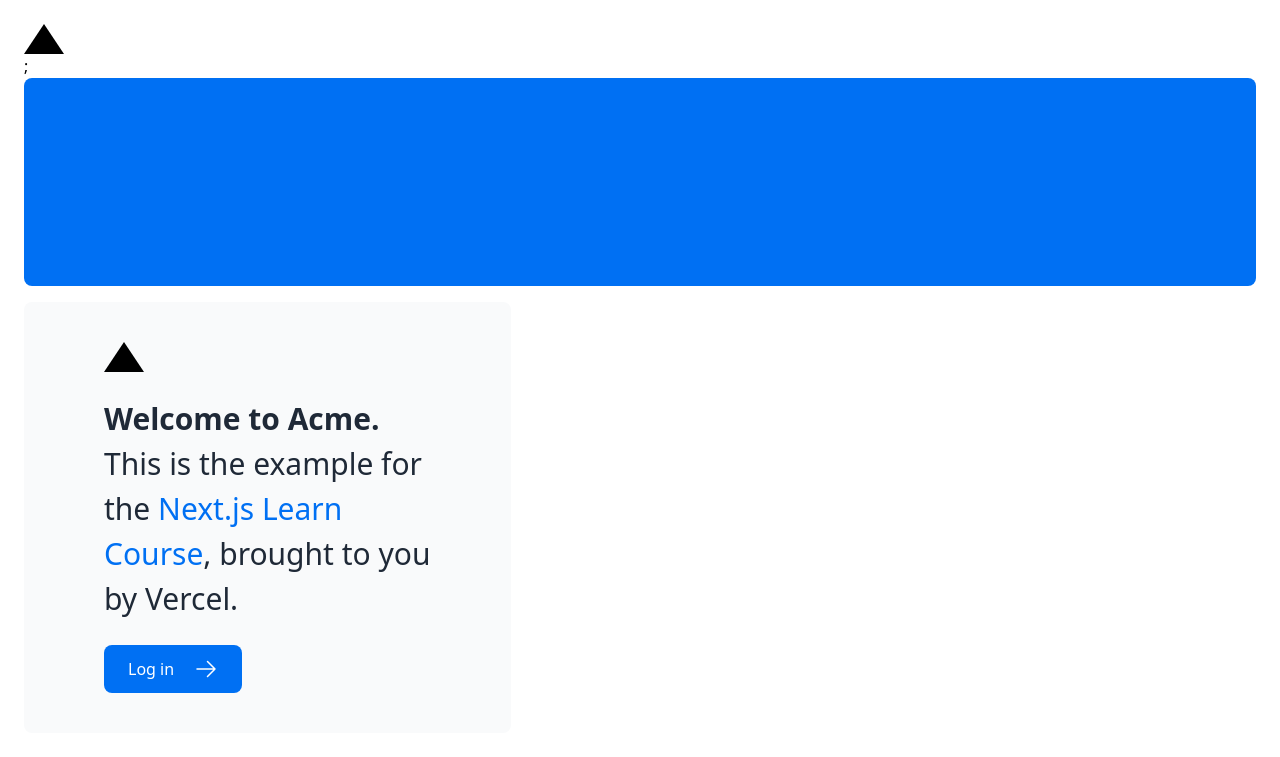
Repository: zhaoljgithub/nextjs-dashboard
Page: /
An editor plug-in stored every save of this project. The page is shown before and after the next save, followed by the edit.
The browser window is 1280 px wide. The pictures show the whole page.
The project was rebuilt for these pictures with package versions that can differ from the ones it lists, and the page was loaded fresh each time. The framework's server and built-in components were replaced by stand-ins that run in the browser. Also part of the build but not shown: next.config.js.

Above is the page before, as saved 2024-04-09 17:17:57.

### app/page.tsx
import AcmeLogo from '@/app/ui/acme-logo';
import { ArrowRightIcon } from '@heroicons/react/24/outline';
import Link from 'next/link';
import styles from '@/app/ui/home.module.css';

export default function Page() {
  return (
    <main className="flex min-h-screen flex-col p-6">
      <div className={styles.shape} />;

      <div className="flex h-20 shrink-0 items-end rounded-lg bg-blue-500 p-4 md:h-52">
        {/* <AcmeLogo /> */}
      </div>
      <div className="mt-4 flex grow flex-col gap-4 md:flex-row">
        <div className="flex flex-col justify-center gap-6 rounded-lg bg-gray-50 px-6 py-10 md:w-2/5 md:px-20">
          <div
              className="h-0 w-0 border-b-[30px] border-l-[20px] border-r-[20px] border-b-black border-l-transparent border-r-transparent"
          />
          <p className={`text-xl text-gray-800 md:text-3xl md:leading-normal`}>
            <strong>Welcome to Acme.</strong> This is the example for the{' '}
            <a href="https://nextjs.org/learn/" className="text-blue-500">
              Next.js Learn Course
            </a>
            , brought to you by Vercel.
          </p>
          <Link
            href="/login"
            className="flex items-center gap-5 self-start rounded-lg bg-blue-500 px-6 py-3 text-sm font-medium text-white transition-colors hover:bg-blue-400 md:text-base"
          >
            <span>Log in</span> <ArrowRightIcon className="w-5 md:w-6" />
          </Link>
        </div>
        <div className="flex items-center justify-center p-6 md:w-3/5 md:px-28 md:py-12">
          {/* Add Hero Images Here */}
        </div>
      </div>
    </main>
  );
}

Loaded but not shown: app/layout.tsx (common file); app/ui/global.css (common file); app/ui/home.module.css (common file); tailwind.config.ts (common file)

After the next save:
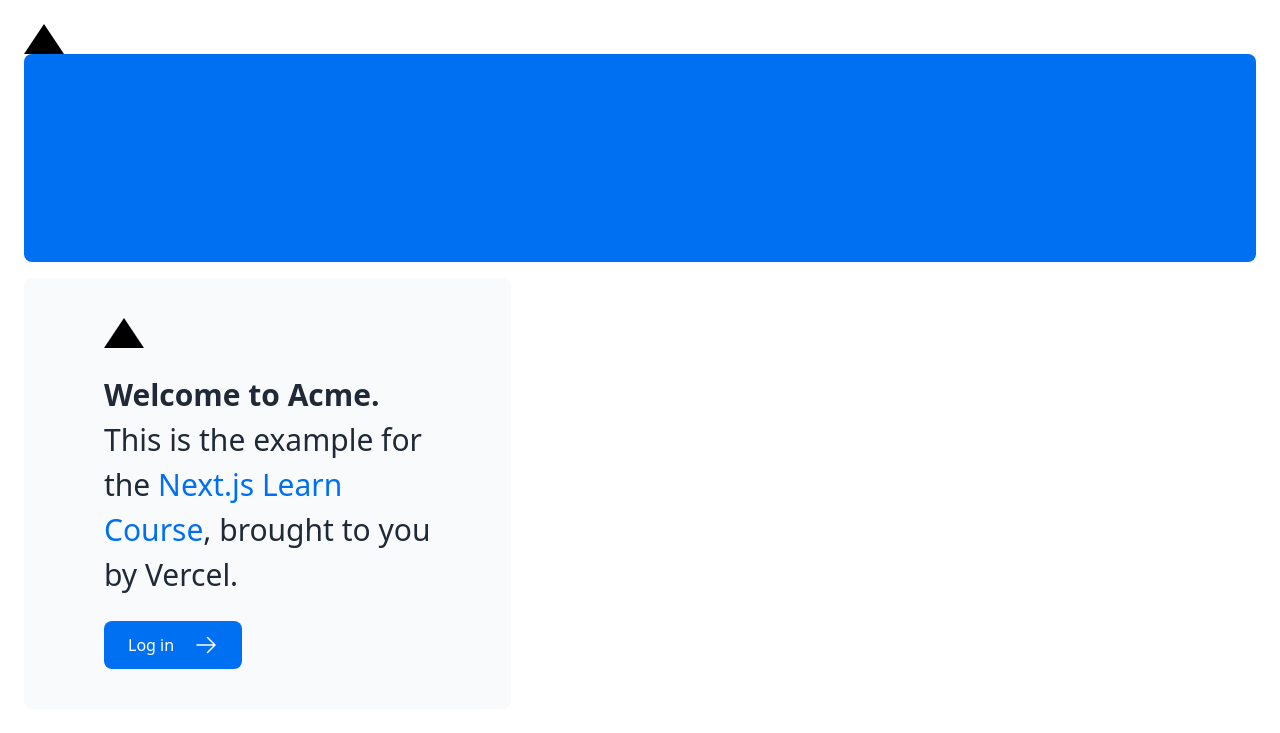
Saved 6 s later.
--- a/app/page.tsx
+++ b/app/page.tsx
@@ -6,7 +6,7 @@
 export default function Page() {
   return (
     <main className="flex min-h-screen flex-col p-6">
-      <div className={styles.shape} />;
+      <div className={styles.shape} />
 
       <div className="flex h-20 shrink-0 items-end rounded-lg bg-blue-500 p-4 md:h-52">
         {/* <AcmeLogo /> */}
